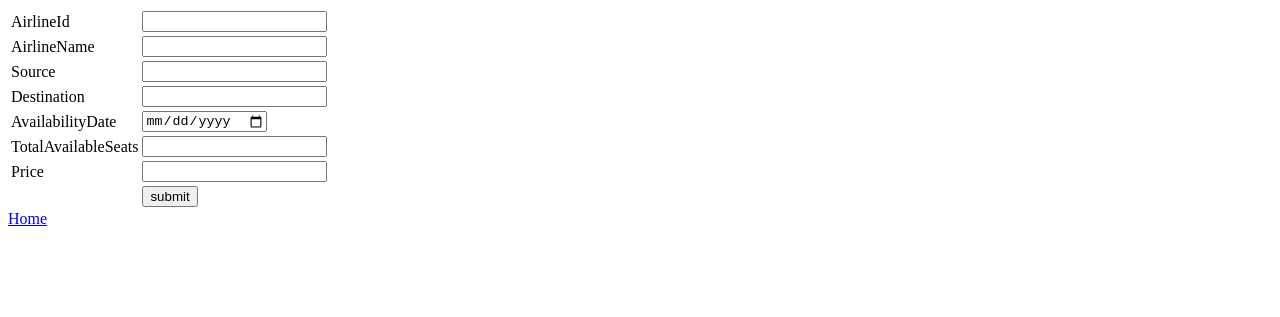
Repository: Pranathi99/FlyAway
Page: http://localhost/FlyAway/addFlight.jsp
These files come from the project's save history. The page is drawn as it stood at one moment and after the next save; the edit follows.
The browser window is 1280 px wide. The pictures show the whole page.
The page is served by Tomcat 9.

Above is the page before, as saved 2023-03-26 11:24:35.

After the next save:
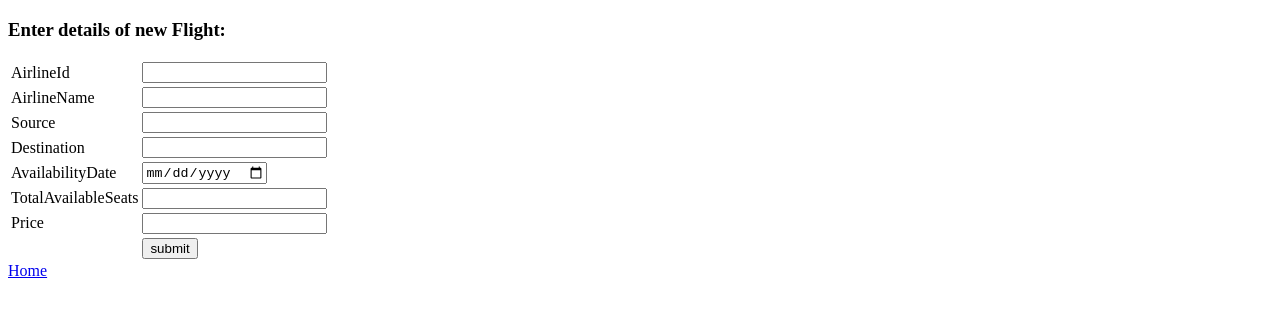
Saved 2 min 7 s later.
--- a/FlyAway/src/main/webapp/addFlight.jsp
+++ b/FlyAway/src/main/webapp/addFlight.jsp
@@ -7,6 +7,7 @@
 <title>FlyAway</title>
 </head>
 <body>
+<h3>Enter details of new Flight:</h3>
 <form action="AddFlight" method="post">
 		<table>
 		<tr>
